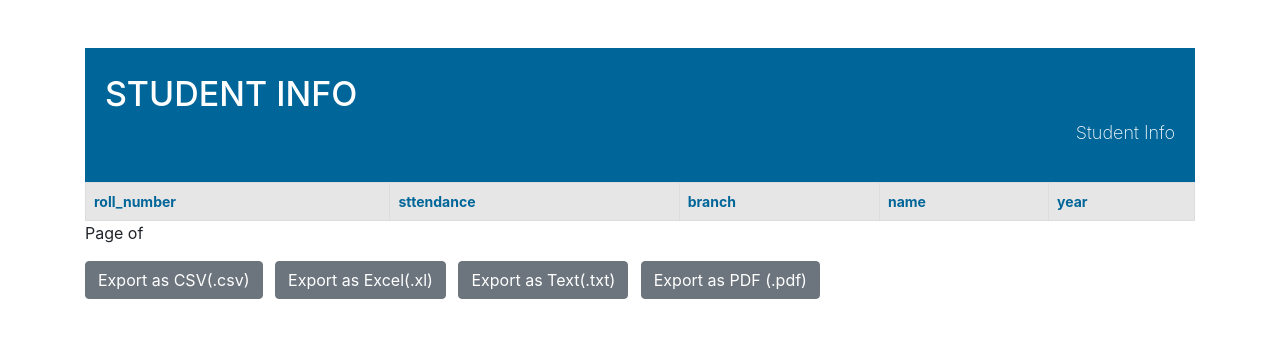
Repository: supranshu/CrystalReportGenerator
Page: http://localhost/produce_report
The author's editor kept a copy of each file at every save. The page is drawn from the files as they stood at one save, then again after the next save.
The browser window is 1280 px wide. The pictures show the whole page.
The page is this project's Thymeleaf template; nobody is signed in. The template is opened directly, without the code that normally fills it, so the values that code supplies are empty.

Above is the page before, as saved 2023-08-03 17:43:58.

After the next save:
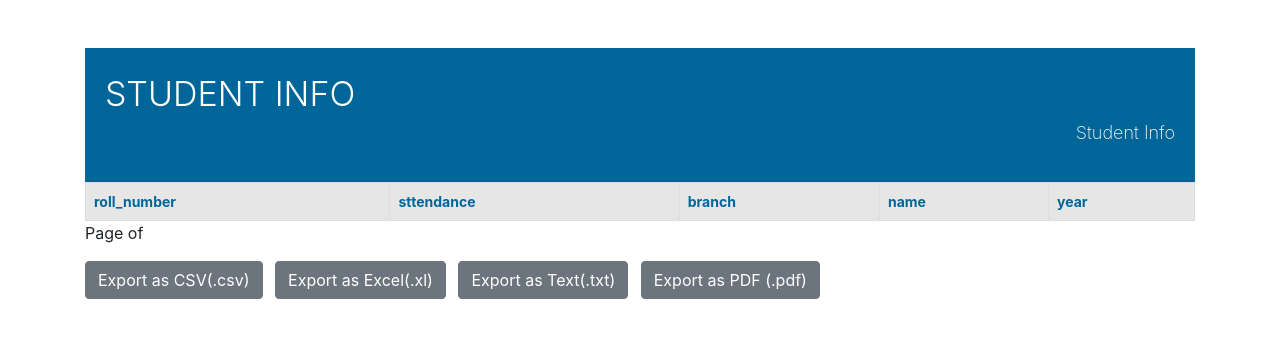
Saved 10 s later.
--- a/com.report/src/main/resources/templates/produce_report.html
+++ b/com.report/src/main/resources/templates/produce_report.html
@@ -35,7 +35,7 @@
             color: #FFFFFF;
             text-align: left;
             font-size: 34px;
-            font-weight: 500;
+            font-weight: 300;
             padding: 20px;
         }
         .page-header p{
